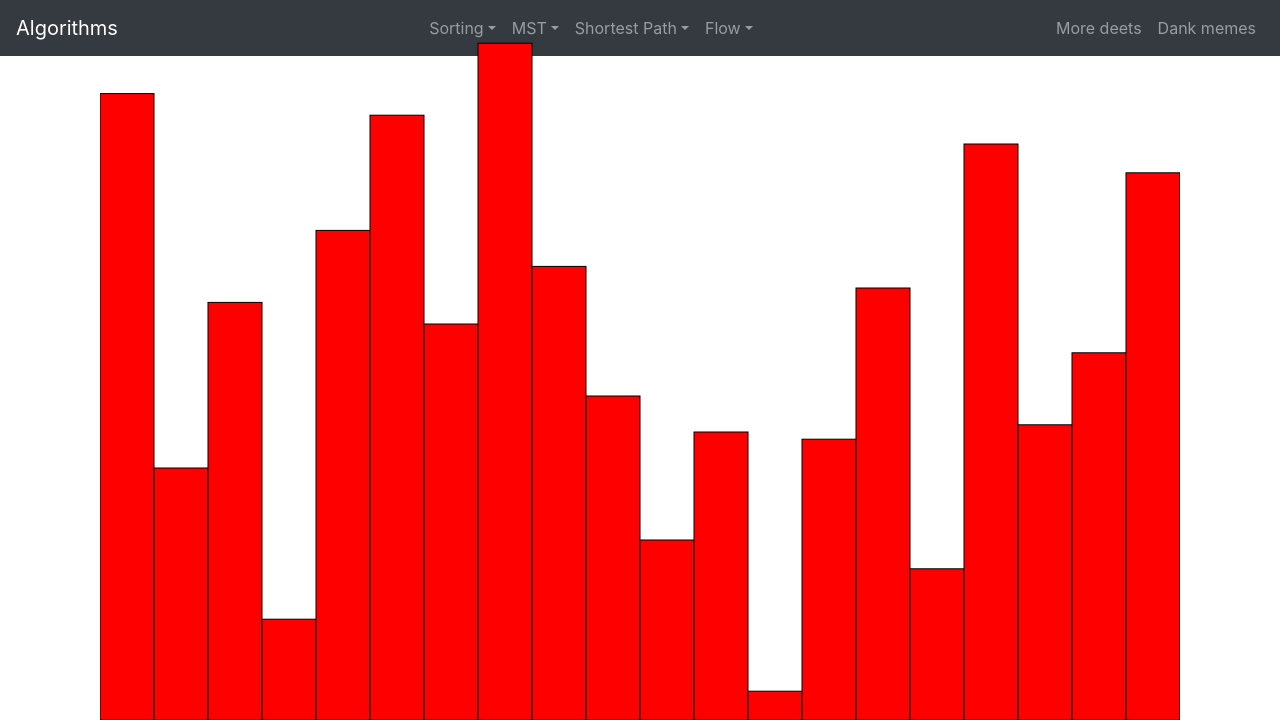
Repository: dkasima1/Algorithm-Visualizations
Page: /
These files come from the project's save history. The page is drawn as it stood at one moment and after the next save; the edit follows.
The browser window is 1280 px wide. The pictures show the whole page.
The project was rebuilt for these pictures with package versions that can differ from the ones it lists, and the page was loaded fresh each time.

Above is the page before, as saved 2020-07-03 15:55:47.

After the next save:
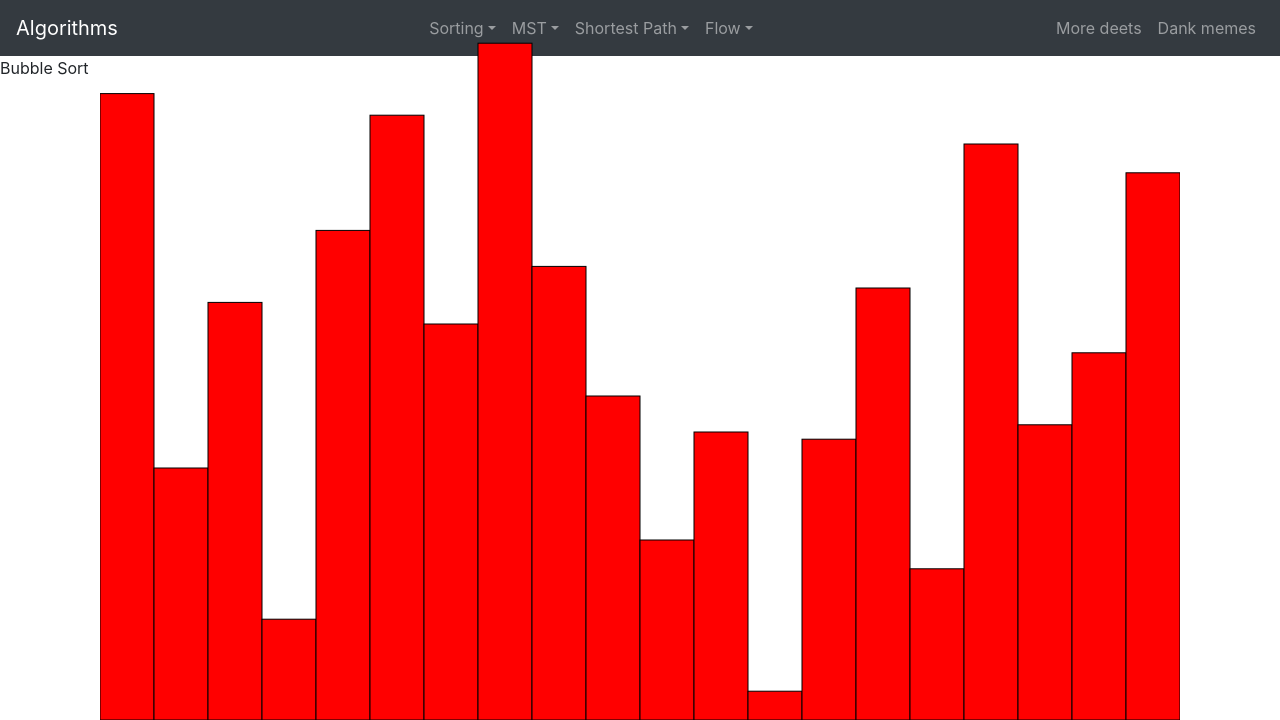
Saved 108 s later.
--- a/src/components/Graph/Canvas.js
+++ b/src/components/Graph/Canvas.js
@@ -1,6 +1,7 @@
 import React from "react";
 import './Canvas.css';
 import Rectangle from './Rectangle';
+import Bubble_sort from '../Sorting/Bubble_Sort'
 
 // https://philna.sh/blog/2018/09/27/techniques-for-animating-on-the-canvas-in-react/#:~:text=To%20get%20a%20ref%20to,to%20the%20ref%20you%20created.&text=Now%20you%20have%20the%20context,and%20animate%20all%20you%20like.
 
@@ -54,8 +55,6 @@ class Canvas extends React.Component {
         for (let i = 0; i < arr.length; i++) {
             let height = arr[i] * (canvas.height/100);
             this.rect.push(new Rectangle(height, width, canvas.height, posX, ctx))
-            // ctx.fillRect(posX, canvas.height - height, width, height);
-            // ctx.strokeRect(posX, canvas.height - height, width, height);
             this.rect[i].draw();
             posX += 54;
         }
@@ -64,6 +63,7 @@ class Canvas extends React.Component {
     render() {
         return (
             <div>
+                <Bubble_sort arr={ this.rect }/>
                 <canvas ref={this.canvasRef} height="720" width="1080" />
             </div>
         )
